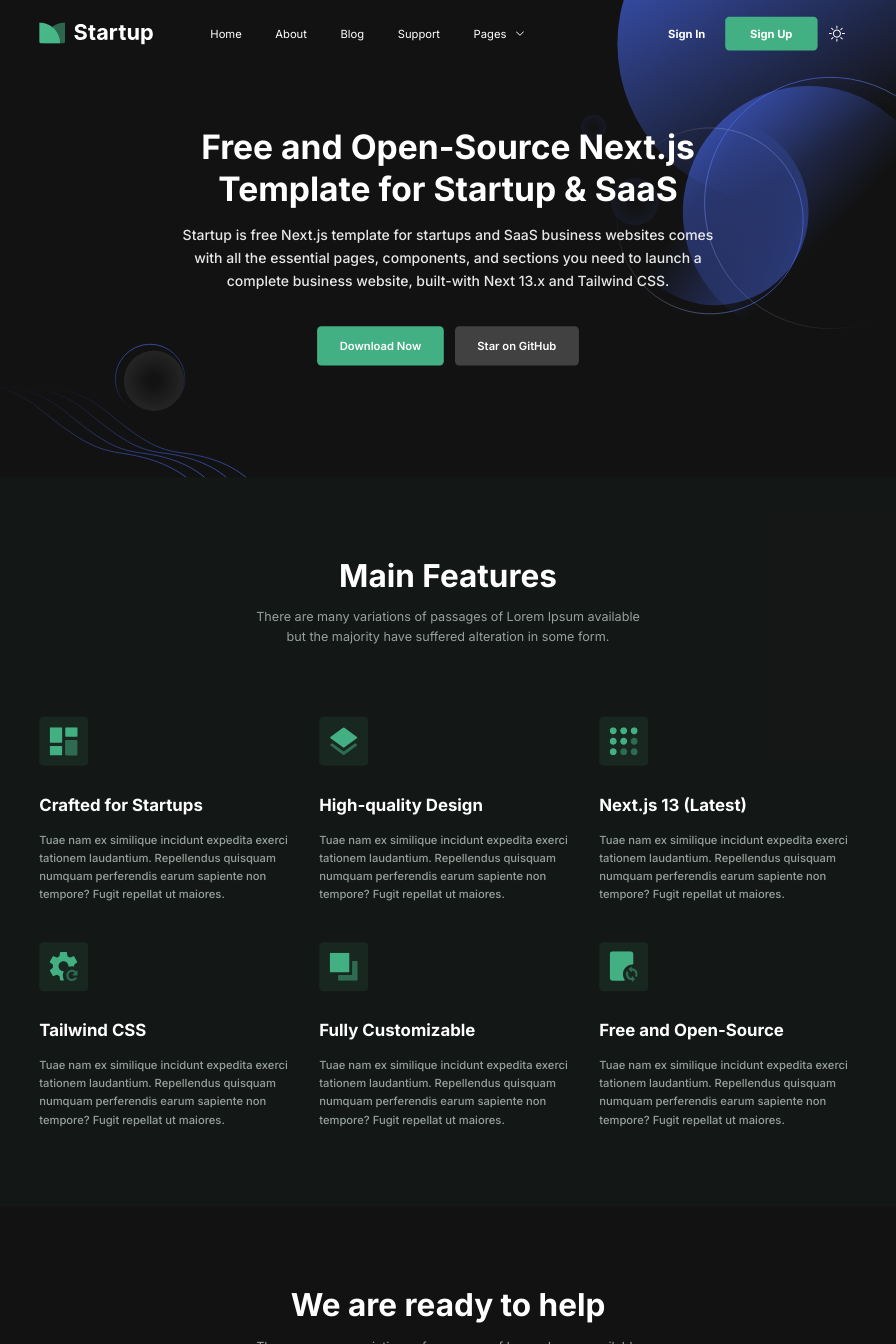
Repository: mosesvk/_startupPoly
Page: /
The author's editor kept a copy of each file at every save. The page is drawn from the files as they stood at one save, then again after the next save.
The browser window is 1280 px wide. The pictures show the part of the page from y = 0 to 1920 px (the page is 8299 px tall), at 70% of full size.
The project was rebuilt for these pictures with package versions that can differ from the ones it lists, and the page was loaded fresh each time. The framework's server and built-in components were replaced by stand-ins that run in the browser. Also part of the build but not shown: next.config.js.

Above is the page before, as saved 2023-08-23 13:42:03.

### app/layout.tsx
"use client";

import Footer from "@/components/Footer";
import Header from "@/components/Header";
import ScrollToTop from "@/components/ScrollToTop";
import "node_modules/react-modal-video/css/modal-video.css";
import "../styles/index.css";

export default function RootLayout({
  children,
}: {
  children: React.ReactNode;
}) {
  return (
    <html suppressHydrationWarning lang="en">
      {/*
        <head /> will contain the components returned by the nearest parent
        head.js. Find out more at https://beta.nextjs.org/docs/api-reference/file-conventions/head
      */}
      <head />

      <body className="">
        <Providers>
          <Header />
          {children}
          <Footer />
          <ScrollToTop />
        </Providers>
      </body>
    </html>
  );
}

import { Providers } from "./providers";

### components/ScrollToTop/index.tsx
import { useEffect, useState } from "react";

export default function ScrollToTop() {
  const [isVisible, setIsVisible] = useState(false);

  // Top: 0 takes us all the way back to the top of the page
  // Behavior: smooth keeps it smooth!
  const scrollToTop = () => {
    window.scrollTo({
      top: 0,
      behavior: "smooth",
    });
  };

  useEffect(() => {
    // Button is displayed after scrolling for 500 pixels
    const toggleVisibility = () => {
      if (window.pageYOffset > 300) {
        setIsVisible(true);
      } else {
        setIsVisible(false);
      }
    };

    window.addEventListener("scroll", toggleVisibility);

    return () => window.removeEventListener("scroll", toggleVisibility);
  }, []);

  return (
    <div className="fixed bottom-8 right-8 z-[99]">
      {isVisible && (
        <div
          onClick={scrollToTop}
          aria-label="scroll to top"
          className="flex h-10 w-10 cursor-pointer items-center justify-center rounded-md bg-primary text-white shadow-md transition duration-300 ease-in-out hover:bg-opacity-80 hover:shadow-signUp"
        >
          <span className="mt-[6px] h-3 w-3 rotate-45 border-t border-l border-white"></span>
        </div>
      )}
    </div>
  );
}

### components/Blog/index.tsx
import SectionTitle from "../Common/SectionTitle";
import SingleBlog from "./SingleBlog";
import blogData from "./blogData";

const Blog = () => {
  return (
    <section id="blog" className="bg-primary/5 py-16 md:py-20 lg:py-28">
      <div className="container">
        <SectionTitle
          title="Our Latest Blogs"
          paragraph="There are many variations of passages of Lorem Ipsum available but the majority have suffered alteration in some form."
          center
        />

        <div className="grid grid-cols-1 gap-x-8 gap-y-10 md:grid-cols-2 md:gap-x-6 lg:gap-x-8 xl:grid-cols-3">
          {blogData.map((blog) => (
            <div key={blog.id} className="w-full">
              <SingleBlog blog={blog} />
            </div>
          ))}
        </div>
      </div>
    </section>
  );
};

export default Blog;

### components/Features/index.tsx
import SectionTitle from "../Common/SectionTitle";
import SingleFeature from "./SingleFeature";
import featuresData from "./featuresData";

const Features = () => {
  return (
    <>
      <section
        id="features"
        className="bg-primary/[.03] py-16 md:py-20 lg:py-28"
      >
        <div className="container">
          <SectionTitle
            title="Main Features"
            paragraph="There are many variations of passages of Lorem Ipsum available but the majority have suffered alteration in some form."
            center
          />

          <div className="grid grid-cols-1 gap-x-8 gap-y-14 md:grid-cols-2 lg:grid-cols-3">
            {featuresData.map((feature) => (
              <SingleFeature key={feature.id} feature={feature} />
            ))}
          </div>
        </div>
      </section>
    </>
  );
};

export default Features;

### components/Hero/index.tsx
import Link from "next/link";

const Hero = () => {
  return (
    <>
      <section
        id="home"
        className="relative z-10 overflow-hidden pt-[120px] pb-16 md:pt-[150px] md:pb-[120px] xl:pt-[180px] xl:pb-[160px] 2xl:pt-[210px] 2xl:pb-[200px]"
      >
        <div className="container">
          <div className="-mx-4 flex flex-wrap">
            <div className="w-full px-4">
              <div
                className="wow fadeInUp mx-auto max-w-[800px] text-center"
                data-wow-delay=".2s"
              >
                <h1 className="mb-5 text-3xl font-bold leading-tight text-black dark:text-white sm:text-4xl sm:leading-tight md:text-5xl md:leading-tight">
                Free and Open-Source Next.js Template for Startup & SaaS
                </h1>
                <p className="mb-12 text-base font-medium !leading-relaxed text-body-color dark:text-white dark:opacity-90 sm:text-lg md:text-xl">
                Startup is free Next.js template for startups and SaaS business websites comes with all the essential pages, components, and sections you need to launch a complete business website, built-with Next 13.x and Tailwind CSS.
                </p>
                <div className="flex flex-col items-center justify-center space-y-4 sm:flex-row sm:space-x-4 sm:space-y-0">
                  <Link
                    href="https://nextjstemplates.com/templates/startup"
                    className="rounded-md bg-primary py-4 px-8 text-base font-semibold text-white duration-300 ease-in-out hover:bg-primary/80"
                  >
                    Download Now
                  </Link>
                  <Link
                    href="https://github.com/NextJSTemplates/startup-nextjs"
                    className="rounded-md bg-black/20 py-4 px-8 text-base font-semibold text-black duration-300 ease-in-out hover:bg-black/30 dark:bg-white/20 dark:text-white dark:hover:bg-white/30"
                  >
                    Star on GitHub
                  </Link>
                </div>
              </div>
            </div>
          </div>
        </div>
        <div className="absolute top-0 right-0 z-[-1] opacity-30 lg:opacity-100">
          <svg
            width="450"
            height="556"
            viewBox="0 0 450 556"
            fill="none"
            xmlns="http://www.w3.org/2000/svg"
          >
            <circle
              cx="277"
              cy="63"
              r="225"
              fill="url(#paint0_linear_25:217)"
            />
            <circle
              cx="17.9997"
              cy="182"
              r="18"
              fill="url(#paint1_radial_25:217)"
            />
            <circle
              cx="76.9997"
              cy="288"
              r="34"
              fill="url(#paint2_radial_25:217)"
            />
            <circle
              cx="325.486"
              cy="302.87"
              r="180"
              transform="rotate(-37.6852 325.486 302.87)"
              fill="url(#paint3_linear_25:217)"
            />
            <circle
              opacity="0.8"
              cx="184.521"
              cy="315.521"
              r="132.862"
              transform="rotate(114.874 184.521 315.521)"
              stroke="url(#paint4_linear_25:217)"
            />
            <circle
              opacity="0.8"
              cx="356"
              cy="290"
              r="179.5"
              transform="rotate(-30 356 290)"
              stroke="url(#paint5_linear_25:217)"
            />
            <circle
              opacity="0.8"
              cx="191.659"
              cy="302.659"
              r="133.362"
              transform="rotate(133.319 191.659 302.659)"
              fill="url(#paint6_linear_25:217)"
            />
            <defs>
              <linearGradient
                id="paint0_linear_25:217"
                x1="-54.5003"
                y1="-178"
                x2="222"
                y2="288"
                gradientUnits="userSpaceOnUse"
              >
                <stop stopColor="#4A6CF7" />
                <stop offset="1" stopColor="#4A6CF7" stopOpacity="0" />
              </linearGradient>
              <radialGradient
                id="paint1_radial_25:217"
                cx="0"
                cy="0"
                r="1"
                gradientUnits="userSpaceOnUse"
                gradientTransform="translate(17.9997 182) rotate(90) scale(18)"
              >
                <stop offset="0.145833" stopColor="#4A6CF7" stopOpacity="0" />
                <stop offset="1" stopColor="#4A6CF7" stopOpacity="0.08" />
              </radialGradient>
              <radialGradient
                id="paint2_radial_25:217"
                cx="0"
                cy="0"
                r="1"
                gradientUnits="userSpaceOnUse"
                gradientTransform="translate(76.9997 288) rotate(90) scale(34)"
              >
                <stop offset="0.145833" stopColor="#4A6CF7" stopOpacity="0" />
                <stop offset="1" stopColor="#4A6CF7" stopOpacity="0.08" />
              </radialGradient>
              <linearGradient
                id="paint3_linear_25:217"
                x1="226.775"
                y1="-66.1548"
                x2="292.157"
                y2="351.421"
                gradientUnits="userSpaceOnUse"
              >
                <stop stopColor="#4A6CF7" />
                <stop offset="1" stopColor="#4A6CF7" stopOpacity="0" />
              </linearGradient>
              <linearGradient
                id="paint4_linear_25:217"
                x1="184.521"
                y1="182.159"
                x2="184.521"
                y2="448.882"
                gradientUnits="userSpaceOnUse"
              >
                <stop stopColor="#4A6CF7" />
                <stop offset="1" stopColor="white" stopOpacity="0" />
              </linearGradient>
              <linearGradient
                id="paint5_linear_25:217"
                x1="356"
                y1="110"
                x2="356"
                y2="470"
                gradientUnits="userSpaceOnUse"
              >
                <stop stopColor="#4A6CF7" />
                <stop offset="1" stopColor="white" stopOpacity="0" />
              </linearGradient>
              <linearGradient
                id="paint6_linear_25:217"
                x1="118.524"
                y1="29.2497"
                x2="166.965"
                y2="338.63"
                gradientUnits="userSpaceOnUse"
              >
                <stop stopColor="#4A6CF7" />
                <stop offset="1" stopColor="#4A6CF7" stopOpacity="0" />
              </linearGradient>
            </defs>
          </svg>
        </div>
        <div className="absolute bottom-0 left-0 z-[-1] opacity-30 lg:opacity-100">
          <svg
            width="364"
            height="201"
            viewBox="0 0 364 201"
            fill="none"
            xmlns="http://www.w3.org/2000/svg"
          >
            <path
              d="M5.88928 72.3303C33.6599 66.4798 101.397 64.9086 150.178 105.427C211.155 156.076 229.59 162.093 264.333 166.607C299.076 171.12 337.718 183.657 362.889 212.24"
              stroke="url(#paint0_linear_25:218)"
            />
            <path
              d="M-22.1107 72.3303C5.65989 66.4798 73.3965 64.9086 122.178 105.427C183.155 156.076 201.59 162.093 236.333 166.607C271.076 171.12 309.718 183.657 334.889 212.24"
              stroke="url(#paint1_linear_25:218)"
            />
            <path
              d="M-53.1107 72.3303C-25.3401 66.4798 42.3965 64.9086 91.1783 105.427C152.155 156.076 170.59 162.093 205.333 166.607C240.076 171.12 278.718 183.657 303.889 212.24"
              stroke="url(#paint2_linear_25:218)"
            />
            <path
              d="M-98.1618 65.0889C-68.1416 60.0601 4.73364 60.4882 56.0734 102.431C120.248 154.86 139.905 161.419 177.137 166.956C214.37 172.493 255.575 186.165 281.856 215.481"
              stroke="url(#paint3_linear_25:218)"
            />
            <circle
              opacity="0.8"
              cx="214.505"
              cy="60.5054"
              r="49.7205"
              transform="rotate(-13.421 214.505 60.5054)"
              stroke="url(#paint4_linear_25:218)"
            />
            <circle cx="220" cy="63" r="43" fill="url(#paint5_radial_25:218)" />
            <defs>
              <linearGradient
                id="paint0_linear_25:218"
                x1="184.389"
                y1="69.2405"
                x2="184.389"
                y2="212.24"
                gradientUnits="userSpaceOnUse"
              >
                <stop stopColor="#4A6CF7" stopOpacity="0" />
                <stop offset="1" stopColor="#4A6CF7" />
              </linearGradient>
              <linearGradient
                id="paint1_linear_25:218"
                x1="156.389"
                y1="69.2405"
                x2="156.389"
                y2="212.24"
                gradientUnits="userSpaceOnUse"
              >
                <stop stopColor="#4A6CF7" stopOpacity="0" />
                <stop offset="1" stopColor="#4A6CF7" />
              </linearGradient>
              <linearGradient
                id="paint2_linear_25:218"
                x1="125.389"
                y1="69.2405"
                x2="125.389"
                y2="212.24"
                gradientUnits="userSpaceOnUse"
              >
                <stop stopColor="#4A6CF7" stopOpacity="0" />
                <stop offset="1" stopColor="#4A6CF7" />
              </linearGradient>
              <linearGradient
                id="paint3_linear_25:218"
                x1="93.8507"
                y1="67.2674"
                x2="89.9278"
                y2="210.214"
                gradientUnits="userSpaceOnUse"
              >
                <stop stopColor="#4A6CF7" stopOpacity="0" />
                <stop offset="1" stopColor="#4A6CF7" />
              </linearGradient>
              <linearGradient
                id="paint4_linear_25:218"
                x1="214.505"
                y1="10.2849"
                x2="212.684"
                y2="99.5816"
                gradientUnits="userSpaceOnUse"
              >
                <stop stopColor="#4A6CF7" />
                <stop offset="1" stopColor="#4A6CF7" stopOpacity="0" />
              </linearGradient>
              <radialGradient
                id="paint5_radial_25:218"
                cx="0"
                cy="0"
                r="1"
                gradientUnits="userSpaceOnUse"
                gradientTransform="translate(220 63) rotate(90) scale(43)"
              >
                <stop offset="0.145833" stopColor="white" stopOpacity="0" />
                <stop offset="1" stopColor="white" stopOpacity="0.08" />
              </radialGradient>
            </defs>
          </svg>
        </div>
      </section>
    </>
  );
};

export default Hero;

### components/Common/SectionTitle.tsx
const SectionTitle = ({
  title,
  paragraph,
  width = "570px",
  center,
  mb = "100px",
}: {
  title: string;
  paragraph: string;
  width?: string;
  center?: boolean;
  mb?: string;
}) => {
  return (
    <>
      <div
        className={`wow fadeInUp w-full ${center ? "mx-auto text-center" : ""}`}
        data-wow-delay=".1s"
        style={{ maxWidth: width, marginBottom: mb }}
      >
        <h2 className="mb-4 text-3xl font-bold !leading-tight text-black dark:text-white sm:text-4xl md:text-[45px]">
          {title}
        </h2>
        <p className="text-base !leading-relaxed text-body-color md:text-lg">
          {paragraph}
        </p>
      </div>
    </>
  );
};

export default SectionTitle;

### components/Features/SingleFeature.tsx
import { Feature } from "@/types/feature";

const SingleFeature = ({ feature }: { feature: Feature }) => {
  const { icon, title, paragraph } = feature;
  return (
    <div className="w-full">
      <div className="wow fadeInUp" data-wow-delay=".15s">
        <div className="mb-10 flex h-[70px] w-[70px] items-center justify-center rounded-md bg-primary bg-opacity-10 text-primary">
          {icon}
        </div>
        <h3 className="mb-5 text-xl font-bold text-black dark:text-white sm:text-2xl lg:text-xl xl:text-2xl">
          {title}
        </h3>
        <p className="pr-[10px] text-base font-medium leading-relaxed text-body-color">
          {paragraph}
        </p>
      </div>
    </div>
  );
};

export default SingleFeature;

Loaded but not shown: app/page.tsx (common file); styles/index.css (common file); app/providers.tsx (common file); components/Common/ScrollUp.tsx (common file); tailwind.config.js (55 lines, source omitted); components/Footer/index.tsx (410 lines, source omitted); components/Header/ThemeToggler.tsx (43 lines, source omitted); components/Features/featuresData.tsx (95 lines, source omitted); components/Header/index.tsx (177 lines, source omitted); components/Contact/NewsLatterBox.tsx (175 lines, source omitted); components/Testimonials/index.tsx (183 lines, source omitted); components/Pricing/index.tsx (164 lines, source omitted); components/Contact/index.tsx (86 lines, source omitted); components/Pricing/PricingBox.tsx (81 lines, source omitted); components/About/AboutSectionOne.tsx (72 lines, source omitted); components/About/AboutSectionTwo.tsx (57 lines, source omitted); components/Blog/SingleBlog.tsx (58 lines, source omitted); components/Video/index.tsx (67 lines, source omitted); components/Brands/index.tsx (76 lines, source omitted); components/Testimonials/SingleTestimonial.tsx (47 lines, source omitted); components/Pricing/OfferList.tsx (30 lines, source omitted); components/Header/menuData.tsx (84 lines, source omitted); components/Blog/blogData.tsx (47 lines, source omitted)

After the next save:
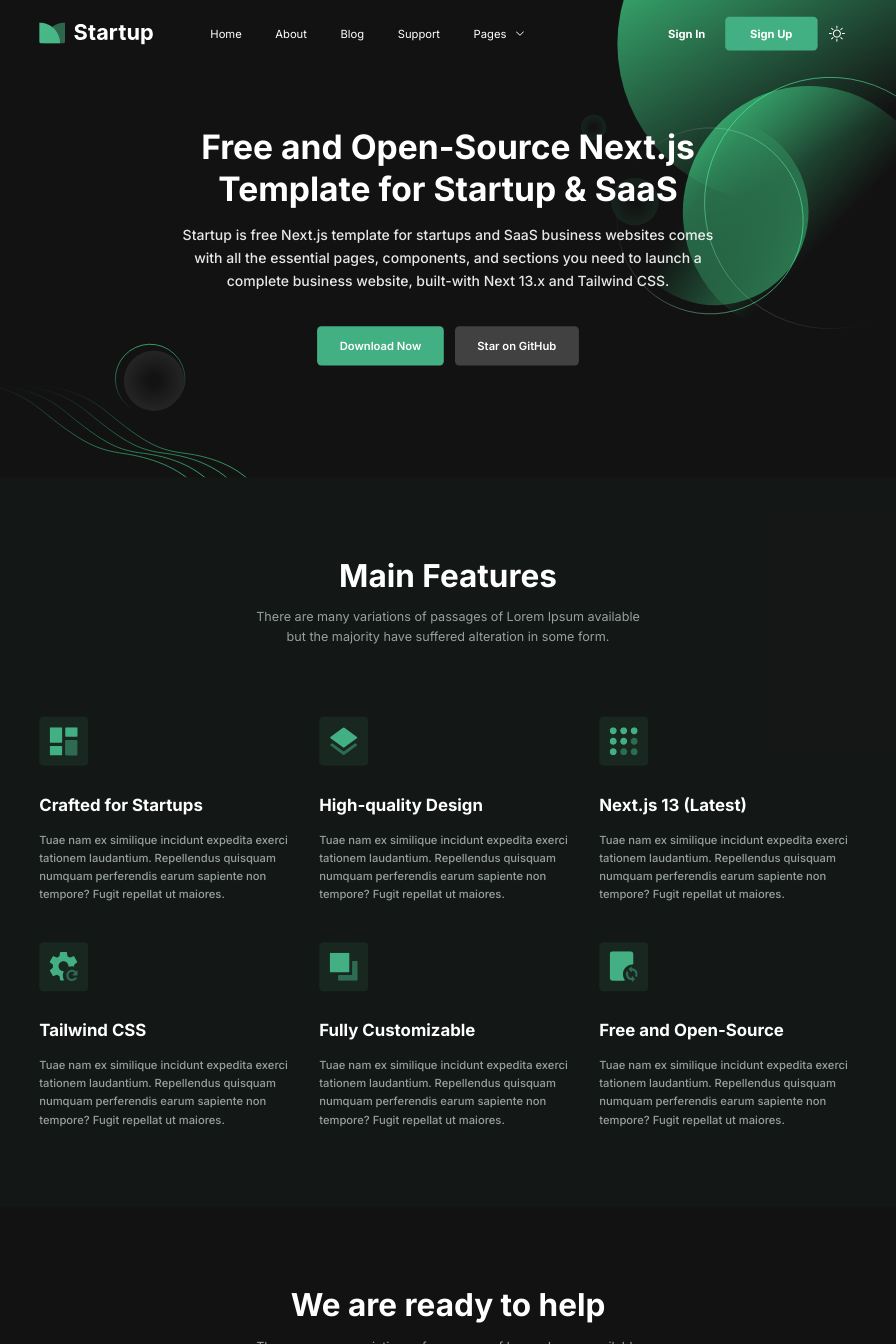
Saved 118 s later.
--- a/components/Hero/index.tsx
+++ b/components/Hero/index.tsx
@@ -104,8 +104,8 @@
                 y2="288"
                 gradientUnits="userSpaceOnUse"
               >
-                <stop stopColor="#4A6CF7" />
-                <stop offset="1" stopColor="#4A6CF7" stopOpacity="0" />
+                <stop stopColor="#4af79e" />
+                <stop offset="1" stopColor="#4af79e" stopOpacity="0" />
               </linearGradient>
               <radialGradient
                 id="paint1_radial_25:217"
@@ -115,8 +115,8 @@
                 gradientUnits="userSpaceOnUse"
                 gradientTransform="translate(17.9997 182) rotate(90) scale(18)"
               >
-                <stop offset="0.145833" stopColor="#4A6CF7" stopOpacity="0" />
-                <stop offset="1" stopColor="#4A6CF7" stopOpacity="0.08" />
+                <stop offset="0.145833" stopColor="#4af79e" stopOpacity="0" />
+                <stop offset="1" stopColor="#4af79e" stopOpacity="0.08" />
               </radialGradient>
               <radialGradient
                 id="paint2_radial_25:217"
@@ -126,8 +126,8 @@
                 gradientUnits="userSpaceOnUse"
                 gradientTransform="translate(76.9997 288) rotate(90) scale(34)"
               >
-                <stop offset="0.145833" stopColor="#4A6CF7" stopOpacity="0" />
-                <stop offset="1" stopColor="#4A6CF7" stopOpacity="0.08" />
+                <stop offset="0.145833" stopColor="#4af79e" stopOpacity="0" />
+                <stop offset="1" stopColor="#4af79e" stopOpacity="0.08" />
               </radialGradient>
               <linearGradient
                 id="paint3_linear_25:217"
@@ -137,8 +137,8 @@
                 y2="351.421"
                 gradientUnits="userSpaceOnUse"
               >
-                <stop stopColor="#4A6CF7" />
-                <stop offset="1" stopColor="#4A6CF7" stopOpacity="0" />
+                <stop stopColor="#4af79e" />
+                <stop offset="1" stopColor="#4af79e" stopOpacity="0" />
               </linearGradient>
               <linearGradient
                 id="paint4_linear_25:217"
@@ -148,7 +148,7 @@
                 y2="448.882"
                 gradientUnits="userSpaceOnUse"
               >
-                <stop stopColor="#4A6CF7" />
+                <stop stopColor="#4af79e" />
                 <stop offset="1" stopColor="white" stopOpacity="0" />
               </linearGradient>
               <linearGradient
@@ -159,7 +159,7 @@
                 y2="470"
                 gradientUnits="userSpaceOnUse"
               >
-                <stop stopColor="#4A6CF7" />
+                <stop stopColor="#4af79e" />
                 <stop offset="1" stopColor="white" stopOpacity="0" />
               </linearGradient>
               <linearGradient
@@ -170,8 +170,8 @@
                 y2="338.63"
                 gradientUnits="userSpaceOnUse"
               >
-                <stop stopColor="#4A6CF7" />
-                <stop offset="1" stopColor="#4A6CF7" stopOpacity="0" />
+                <stop stopColor="#4af79e" />
+                <stop offset="1" stopColor="#4af79e" stopOpacity="0" />
               </linearGradient>
             </defs>
           </svg>
@@ -218,8 +218,8 @@
                 y2="212.24"
                 gradientUnits="userSpaceOnUse"
               >
-                <stop stopColor="#4A6CF7" stopOpacity="0" />
-                <stop offset="1" stopColor="#4A6CF7" />
+                <stop stopColor="#4af79e" stopOpacity="0" />
+                <stop offset="1" stopColor="#4af79e" />
               </linearGradient>
               <linearGradient
                 id="paint1_linear_25:218"
@@ -229,8 +229,8 @@
                 y2="212.24"
                 gradientUnits="userSpaceOnUse"
               >
-                <stop stopColor="#4A6CF7" stopOpacity="0" />
-                <stop offset="1" stopColor="#4A6CF7" />
+                <stop stopColor="#4af79e" stopOpacity="0" />
+                <stop offset="1" stopColor="#4af79e" />
               </linearGradient>
               <linearGradient
                 id="paint2_linear_25:218"
@@ -240,8 +240,8 @@
                 y2="212.24"
                 gradientUnits="userSpaceOnUse"
               >
-                <stop stopColor="#4A6CF7" stopOpacity="0" />
-                <stop offset="1" stopColor="#4A6CF7" />
+                <stop stopColor="#4af79e" stopOpacity="0" />
+                <stop offset="1" stopColor="#4af79e" />
               </linearGradient>
               <linearGradient
                 id="paint3_linear_25:218"
@@ -251,8 +251,8 @@
                 y2="210.214"
                 gradientUnits="userSpaceOnUse"
               >
-                <stop stopColor="#4A6CF7" stopOpacity="0" />
-                <stop offset="1" stopColor="#4A6CF7" />
+                <stop stopColor="#4af79e" stopOpacity="0" />
+                <stop offset="1" stopColor="#4af79e" />
               </linearGradient>
               <linearGradient
                 id="paint4_linear_25:218"
@@ -262,8 +262,8 @@
                 y2="99.5816"
                 gradientUnits="userSpaceOnUse"
               >
-                <stop stopColor="#4A6CF7" />
-                <stop offset="1" stopColor="#4A6CF7" stopOpacity="0" />
+                <stop stopColor="#4af79e" />
+                <stop offset="1" stopColor="#4af79e" stopOpacity="0" />
               </linearGradient>
               <radialGradient
                 id="paint5_radial_25:218"
